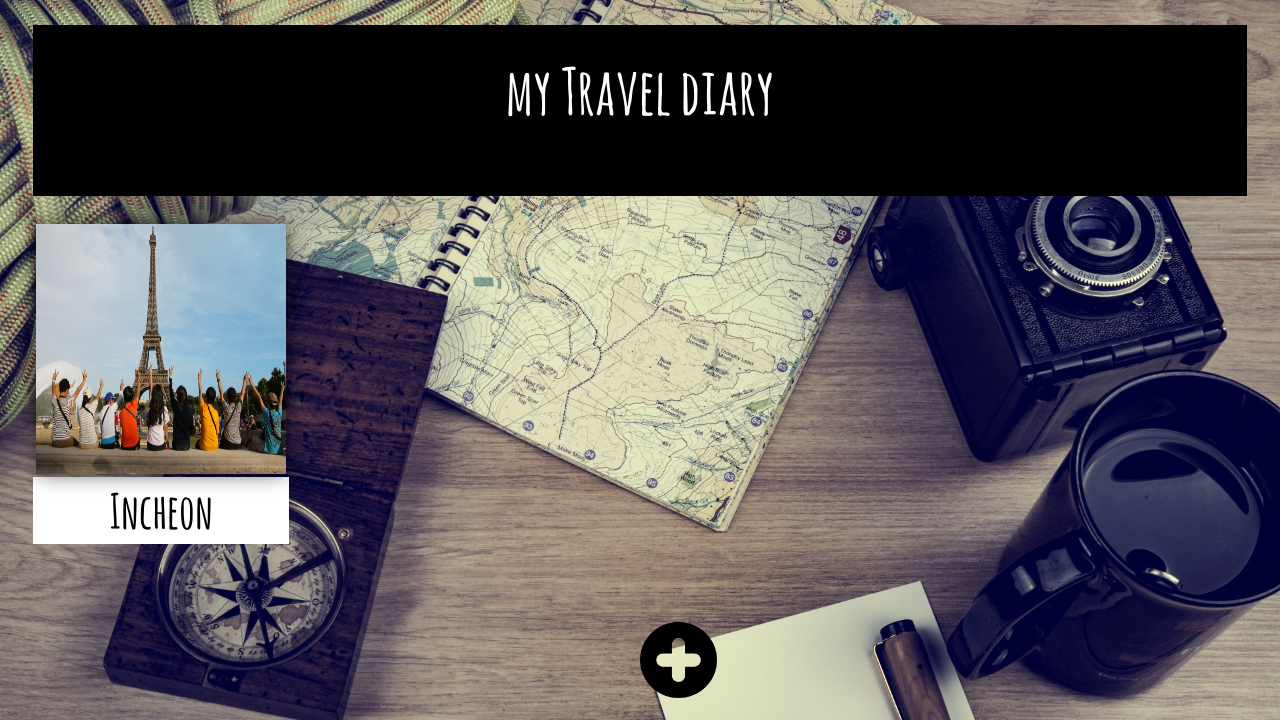
Repository: minkyung0421/jsp_travel_project
Page: http://localhost/Travel_Project/
The author's editor kept a copy of each file at every save. The page is drawn from the files as they stood at one save, then again after the next save.
The browser window is 1280 px wide. The pictures show the whole page.
The page is served by Tomcat 9. Other server files are loaded and not shown.

Above is the page before, as saved 2018-08-21 05:27:06.

### jsp_travel_project/Travel_Project/WebContent/index.jsp
<%@ page language="java" contentType="text/html; charset=EUC-KR"
    pageEncoding="EUC-KR"%>
<!DOCTYPE html PUBLIC "-//W3C//DTD HTML 4.01 Transitional//EN" "http://www.w3.org/TR/html4/loose.dtd">
<html>
<head>
<meta http-equiv="Content-Type" content="text/html; charset=EUC-KR">
<title>Insert title here</title>
</head>
<style>
@font-face{font-family: amaticsc-bold; src:url('font/AmaticSC-Bold.ttf')}

body{
	background-image: url(image/travel2.jpg);
	background-size: 100%;
}
table{
	display: inline;
}
.effect{
	display: inline-block;
	box-shadow: 0px 0px 20px -2px rgba(0,0,0,0.8);
}

.font{
	font-family: amaticsc-bold;
	font-size: 3em;
}

.font2{
	font-family: amaticsc-bold;
	font-size: 4em;
	color: white;
	margin-top: 2%;
}


</style>
<body>
<center>
	<div style = "background-color:black; margin: 2%; padding: 0.5px">
		<p class = "font2"> my Travel diary</p>
	</div>
</center>

<a style ="display:scroll; position:fixed; bottom:3%; left:50%;" href = "insertForm.jsp" title="맨위로">
	<img src = "image/add.png" width="15%" height="15%">
</a>


<!-- <table border = "0" style = "margin:2%">
	<tr>
		<td><img src = "image/1.jpg" width = "250" height = "250" class = "effect" id = "img1"></td>
	</tr>
	<tr height="10%" style = "background-color: white;">
		<td>
			<center><p class = "font">Incheon</p></center>
		</td>
	</tr>
</table>

<table border = "0" style = "margin:2%">
	<tr>
		<td><img src = "image/2.jpg" width = "250" height = "250" class = "effect" id = "img1"></td>
	</tr>
	<tr height="10%" style = "background-color: white;">
		<td>
			<center><p class = "font">Tokyo</p></center>
		</td>
	</tr>
</table> -->

<style>
#table {display: table; width: 250; margin-left: 2%;}
.row {display: table-row;}
.cell {display: table-cell; padding: 3px; }
.col1 {
	width: 250;
	height: 140;
	font-family: amaticsc-bold;
	font-size: 3em;
}
</style>
<div id="table">
<div class="row">
<span class="cell col1"><img src = "image/2.jpg" width = "250" height = "250" class = "effect" id = "img1"></span>
</div>

<div class="row">
<span class="cell col1" style = "background-color: white;"><center>Incheon</center></span>
</div>
</div>

</body>
</html>

After the next save:
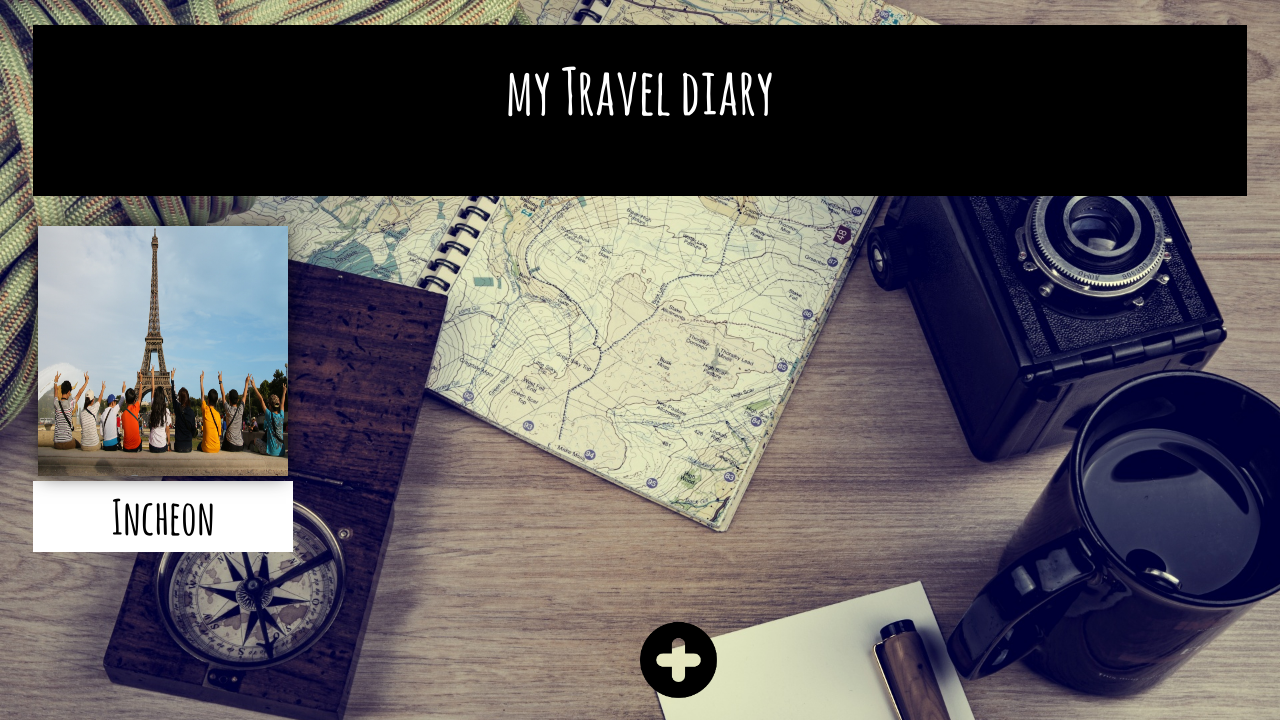
Saved 9 s later.
--- a/jsp_travel_project/Travel_Project/WebContent/index.jsp
+++ b/jsp_travel_project/Travel_Project/WebContent/index.jsp
@@ -72,7 +72,7 @@
 <style>
 #table {display: table; width: 250; margin-left: 2%;}
 .row {display: table-row;}
-.cell {display: table-cell; padding: 3px; }
+.cell {display: table-cell; padding: 5px; }
 .col1 {
 	width: 250;
 	height: 140;

After the 2 saves that followed:
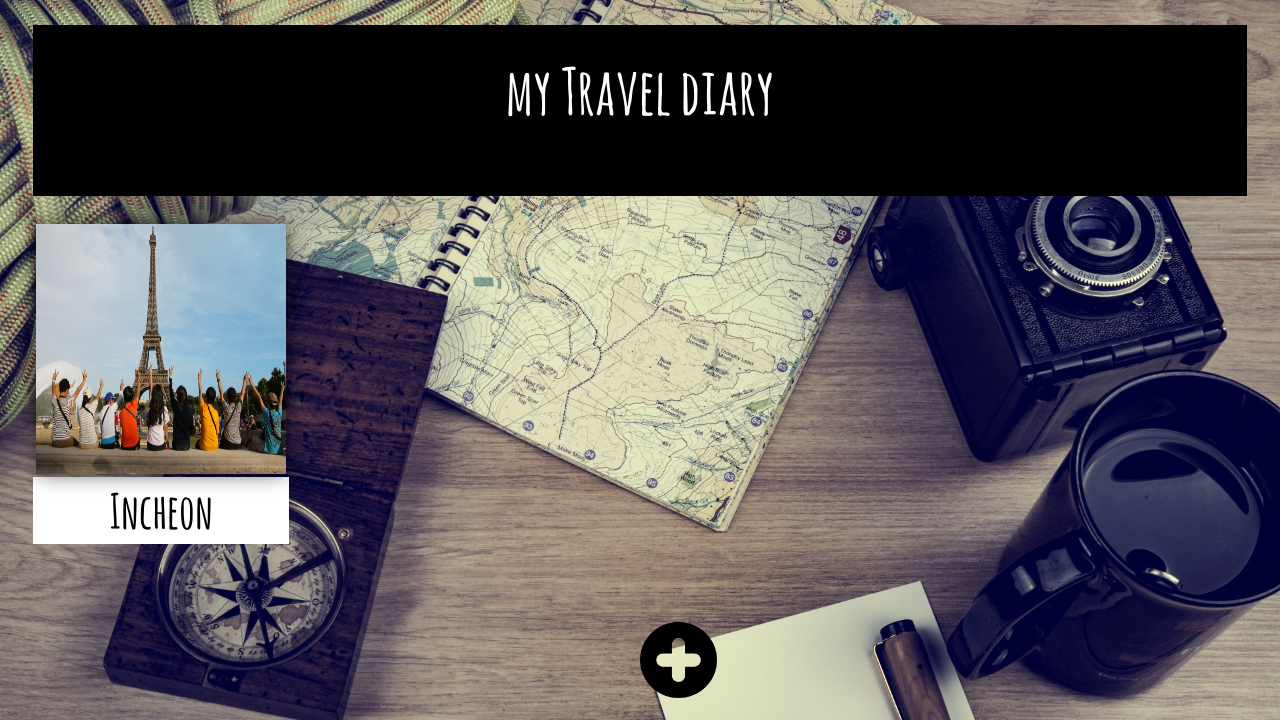
The 2 saves are shown as one change because they came seconds apart.
The last was saved 10 s later.
--- a/jsp_travel_project/Travel_Project/WebContent/index.jsp
+++ b/jsp_travel_project/Travel_Project/WebContent/index.jsp
@@ -72,7 +72,7 @@
 <style>
 #table {display: table; width: 250; margin-left: 2%;}
 .row {display: table-row;}
-.cell {display: table-cell; padding: 5px; }
+.cell {display: table-cell; padding: 3px; }
 .col1 {
 	width: 250;
 	height: 140;
